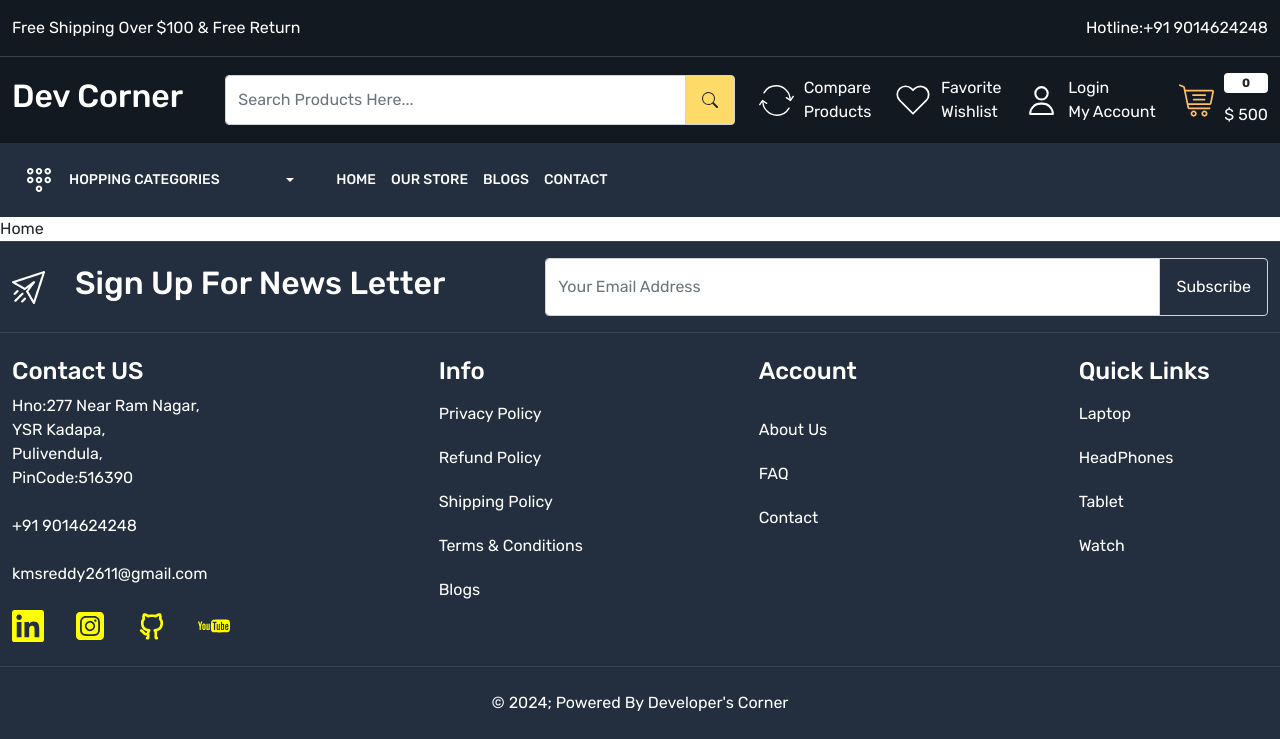
Repository: maniheist/ecommerce-app
Page: /
An editor plug-in stored every save of this project. The page is shown before and after the next save, followed by the edit.
The browser window is 1280 px wide. The pictures show the whole page.
The project was rebuilt for these pictures with package versions that can differ from the ones it lists, and the page was loaded fresh each time. Also part of the build but not shown: src/pages/About.js, src/pages/Contact.js.

Above is the page before, as saved 2024-02-18 17:02:13.

### public/index.html
<!DOCTYPE html>
<html lang="en">
  <head>
    <meta charset="utf-8" />
    <link rel="icon" href="%PUBLIC_URL%/favicon.ico" />
    <meta name="viewport" content="width=device-width, initial-scale=1" />
    <meta name="theme-color" content="#000000" />
    <meta
      name="description"
      content="Web site created using create-react-app"
    />
    <link rel="apple-touch-icon" href="%PUBLIC_URL%/logo192.png" />

    <link rel="preconnect" href="https://fonts.googleapis.com" />
    <link rel="preconnect" href="https://fonts.gstatic.com" crossorigin />
    <link
      href="https://fonts.googleapis.com/css2?family=Rubik:ital,wght@0,300..900;1,300..900&display=swap"
      rel="stylesheet"
    />
    <link
      href="https://cdn.jsdelivr.net/npm/bootstrap@5.0.2/dist/css/bootstrap.min.css"
      rel="stylesheet"
      integrity="sha384-EVSTQN3/azprG1Anm3QDgpJLIm9Nao0Yz1ztcQTwFspd3yD65VohhpuuCOmLASjC"
      crossorigin="anonymous"
    />
    <link rel="manifest" href="%PUBLIC_URL%/manifest.json" />

    <title>React Redux App</title>
  </head>
  <body>
    <noscript>You need to enable JavaScript to run this app.</noscript>
    <div id="root"></div>
    <script
      src="https://cdn.jsdelivr.net/npm/bootstrap@5.0.2/dist/js/bootstrap.bundle.min.js"
      integrity="sha384-MrcW6ZMFYlzcLA8Nl+NtUVF0sA7MsXsP1UyJoMp4YLEuNSfAP+JcXn/tWtIaxVXM"
      crossorigin="anonymous"
    ></script>
  </body>
</html>

### src/index.js
import React from 'react';
import { createRoot } from 'react-dom/client';

import App from './App';

const container = document.getElementById('root');
const root = createRoot(container);

root.render(

      <App />

);

### src/App.js
import React from 'react';
import './App.css';
import {BrowserRouter,Routes,Route} from "react-router-dom";
import Layout from "./components/Layout";
import Home from "./pages/Home"
import About from "./pages/About"
import Contact from "./pages/Contact"

function App() {
  return (
    <>
      <BrowserRouter>
        <Routes>
        <Route path="/" element={<Layout />}>
<Route index element={<Home />} />
<Route path="about" element={<About />}/>
<Route path="contact" element={<Contact />}/>


        </Route>

        </Routes>
      </BrowserRouter>
    </>

  );
}

export default App;

### src/App.css
*{
  margin:0;
  padding:0;
  box-sizing:border-box;
}
:root{
  --color-131921:#131921;
  --color-3b4149:#3b4149;
--color-febd69:#fedb69;
--color-232f3e:#232f3e;

}
body {
  font-family:"Rubik", sans-serif;
}
a {
  text-decoration:none;
  display:inline-block;
}

.form-control:focus{
  box-shadow:none;
  border-color: inherit;
}

/*header part*/
.header-top-strip{
  border-bottom: 1px solid var(--color-3b4149);
  background-color:var(--color-131921) ;
}

.header-upper{
  background-color: var(--color-131921);
}

.header-bottom{
  background-color: var(--color-232f3e);
}

.header-upper .input-group-text{
  background-color: var(--color-febd69);
}

.header-upper.header-upper-links img{
  width:35px;
  height: 35px;
}

.gap-10{
  gap: 10px;
}

.gap-15{
  gap: 15px;
}

.gap-30{
  gap: 30px;
}
.header-bottom .menu-links a,
.header-bottom .dropdown button
{
  color: white;
  font-size: 14px;
  line-height: 18px;
  font-weight: 480;
  letter-spacing:0.3;
  text-transform: uppercase;
}

.header-bottom .dropdown button:focus{
  box-shadow: none;
}

.header-bottom .dropdown-menu{
  background-color: var(--color-131921);
  width:100%;
  transform: translate3d(0px,57px,0px) !important;
}

.header-bottom .dropdown-item{
  padding:20px;
  margin-bottom: 3px;
  border-bottom: 1px solid var(--color-3b4149)
  ;

}
.header-bottom .dropdown-item:hover{
  background-color: transparent;
  color: var(--color-febd69) !important;
}
/*header part end */


/*footer part  */

footer{
  background-color: var(--color-232f3e);
}



footer:not(:first-child){
  border-top:1px solid rgba(255,255,255,0.1);

}

footer .input-group-text{
  background-color: var(--color-232f3e);
  color:white;
  padding:8px 17px;
}
/* footer part end */

### src/components/Layout.js
import React from 'react'
import {Outlet} from "react-router-dom";
import Header from "./Header";
import Footer from "./Footer";
const Layout = () => {
  return (
    <>
            <Header />
            <Outlet />
            <Footer />

    </>
  )
}

export default Layout

### src/components/Header.js
import React from 'react'
import {NavLink,Link} from "react-router-dom"
import {BsSearch} from "react-icons/bs"
const Header = () => {
  return <>
  <header className='header-top-strip py-3'>
    <div className='container-xxl'>
      <div className='row'>
        <div className='col-6'>
          <p className='text-white mb-0'>Free Shipping Over $100 & Free Return</p>
        </div>
        <div className='col-6'>
          <p className='text-end text-white mb-0'>
            Hotline:
            <a className='text-white' href='tel:+9014624248'>+91 9014624248</a>
          </p>
        </div>
      </div>
    </div>
  </header>
  <header className='header-upper py-3'>
    <div className='container-xxl'>
      <div className='row align-items-center'>
        <div className='col-2'>
          <h2><Link className='text-white'>
            Dev Corner
          </Link></h2>
        </div>
        <div className='col-5'>
          <div className="input-group">
  <input type="text" className="form-control py-2" placeholder="Search Products Here..." aria-label="Search Products Here..." aria-describedby="basic-addon2"/>
  <span className="input-group-text p-3" id="basic-addon2"><BsSearch className='fs-6' /></span>
</div>
        </div>
        <div className='col-5'>
          <div className='header-upper-links d-flex align-items-center justify-content-between'>
            <div>
              <Link className='d-flex align-items-center gap-10 text-white'>
              <img src="/images/compare.svg" alt='compare' />
                <p className='mb-0'>Compare <br /> Products</p>
              </Link>
            </div>
            <div>
              <Link className='d-flex align-items-center gap-10 text-white'>
              <img src="/images/wishlist.svg" alt='wishlist' />
                <p className='mb-0'>Favorite <br /> Wishlist</p>
              </Link>
            </div>
            <div>
              <Link className='d-flex align-items-center gap-10 text-white'>
              <img src="/images/user.svg" alt='user' />
                <p className='mb-0'>Login <br /> My Account</p>
              </Link>
            </div>
            <div>
              <Link className='d-flex align-items-center gap-10 text-white'>
            <img src="/images/cart.svg" alt='cart' />
                <div className='d-flex flex-column gap-10'>
                <span className='badge bg-white text-dark'>0</span>
                <p className='mb-0'>$ 500</p>

                </div>
              </Link>
            </div>
          </div>
        </div>
      </div>
    </div>
  </header>
<header className='header-bottom py-3'>
  <div className='container-xxl'>
    <div className='row'>
      <div className='col-12'>
        <div className='menu-bottom d-flex align-items-center gap-30'>
        <div>
          <div className="dropdown">
  <button className="btn btn-secondary dropdown-toggle bg-transparent border-0 gap-15 d-flex align-items-center" type="button" id="dropdownMenuButton1" data-bs-toggle="dropdown" aria-expanded="false">
    <img src="images/menu.svg" alt=""/><span className='me-5 d-inline-blocto'>hopping Categories</span>
  </button>
  <ul className="dropdown-menu" aria-labelledby="dropdownMenuButton1">
    <li><to className="dropdown-item text-white" to="">Pants</to></li>
    <li><to className="dropdown-item text-white" to="">Shirts</to></li>
    <li><to className="dropdown-item text-white" to="">Shorts</to></li>
  </ul>
</div>
        </div>
        <div className='menu-links'>
          <div className='d-flex align-items-center gap-15'>
            <NavLink className='text-white' to="/">Home</NavLink>
            <NavLink className='text-white' to="/">Our Store</NavLink>
            <NavLink className='text-white' to="/">Blogs</NavLink>
            <NavLink className='text-white' to="/contact">Contact</NavLink>
          </div>
        </div>

        </div>
      </div>
    </div>
  </div>
</header>


  </>
}

export default Header

### src/components/Footer.js

import React from 'react'
import { SiLinkedin } from "react-icons/si";
import { RiGithubLine } from "react-icons/ri";
import { ImYoutube2 } from "react-icons/im";
import { FaSquareInstagram } from "react-icons/fa6";
import {Link} from 'react-router-dom';
const Footer = () => {
  return <>
    <footer className='py-3'>
        <div className='container-xxl'>
            <div className='row align-items-center'>
                <div className='col-5'>
                    <div className='footer-top-data d-flex gap-30 align-items-center'>
                        <img src="images/newsletter.png" alt="newsletter" />
                        <h2 className='text-white'>Sign Up For News Letter</h2>
                    </div>
                </div>
                <div className='col-7'>
                    <div className="input-group">
  <input type="text" className="form-control py-1" placeholder="Your Email Address" aria-label="Your Email Address..." aria-describedby="basic-addon2"/>
  <span className="input-group-text p-3" id="basic-addon2">Subscribe</span>
</div>
                </div>
            </div>
        </div>
    </footer>
    <footer className='py-4'>
        <div className='container-xxl'>
            <div className="row">
                <div className='col-4'>
                <h4 className="text-white">Contact US</h4>
                <div>
                    <address className='text-white fs-6'>Hno:277 Near Ram Nagar,
                    <br />YSR Kadapa, <br />Pulivendula,<br />PinCode:516390</address>

                    <a href='tel:+91 9014624248' className='mt-4 d-block mb-1 text-white'>+91 9014624248</a>
                    <a href='mailto:kmsreddy2611@gmail.com' className='mt-4 d-block mb-0 text-white'>kmsreddy2611@gmail.com</a>
                    <div className='social_icons d-flex align-items-center gap-30 mt-4'>
                    <a className="text-white" href=''>
                    <SiLinkedin className='fs-2' color="yellow"/>
                    </a>
                    <a className="text-white" href=''>
                    <FaSquareInstagram className='fs-2' color='yellow'/>
                    </a>

                    <a className="text-white" href=''>
                    <RiGithubLine className='fs-2' color='yellow'/>

                    </a>
                    <a className="text-white" href=''>
                    <ImYoutube2  className='fs-2' color="yellow"/>
                    </a>

                    </div>

                </div>
                </div>
                <div className='col-3'>
                <h4 className="text-white md-4">Info</h4>
                <div className='footer-links d-flex flex-column'>
                    <Link className="text-white py-2 mb-1">Privacy Policy</Link>
                    <Link className="text-white py-2 mb-1">Refund Policy</Link>
                    <Link className="text-white py-2 mb-1">Shipping Policy</Link>
                    <Link className="text-white py-2 mb-1">Terms & Conditions</Link>
                    <Link className="text-white py-2 mb-1">Blogs</Link>
                </div>
                </div>
                <div className='col-3'>
                <h4 className="text-white mb-4">Account</h4>
                <div className='footer-links d-flex flex-column'>
                    <Link className="text-white py-2 mb-1">About Us</Link>
                    <Link className="text-white py-2 mb-1">FAQ</Link>
                    <Link className="text-white py-2 mb-1">Contact</Link>
                </div>
                </div>
                <div className='col-2'>
                <h4 className="text-white">Quick Links</h4>
                <div className='footer-links d-flex flex-column'>
                    <Link className="text-white py-2 mb-1">Laptop</Link>
                    <Link className="text-white py-2 mb-1">HeadPhones</Link>
                    <Link className="text-white py-2 mb-1">Tablet</Link>
                    <Link className="text-white py-2 mb-1">Watch</Link>
                </div>
                </div>
            </div>
        </div>
    </footer>
    <footer className='py-4'>
        <div className='container-xxl'>
            <div className='row'>
                <div className='col-12'>
                <p className='text-center mb-0 text-white'>&copy; { new Date().getFullYear()}; Powered By Developer's Corner</p>

                </div>
            </div>
        </div>
    </footer>
  </>


}

export default Footer

Loaded but not shown: src/pages/Home.js (common file)

After the next save:
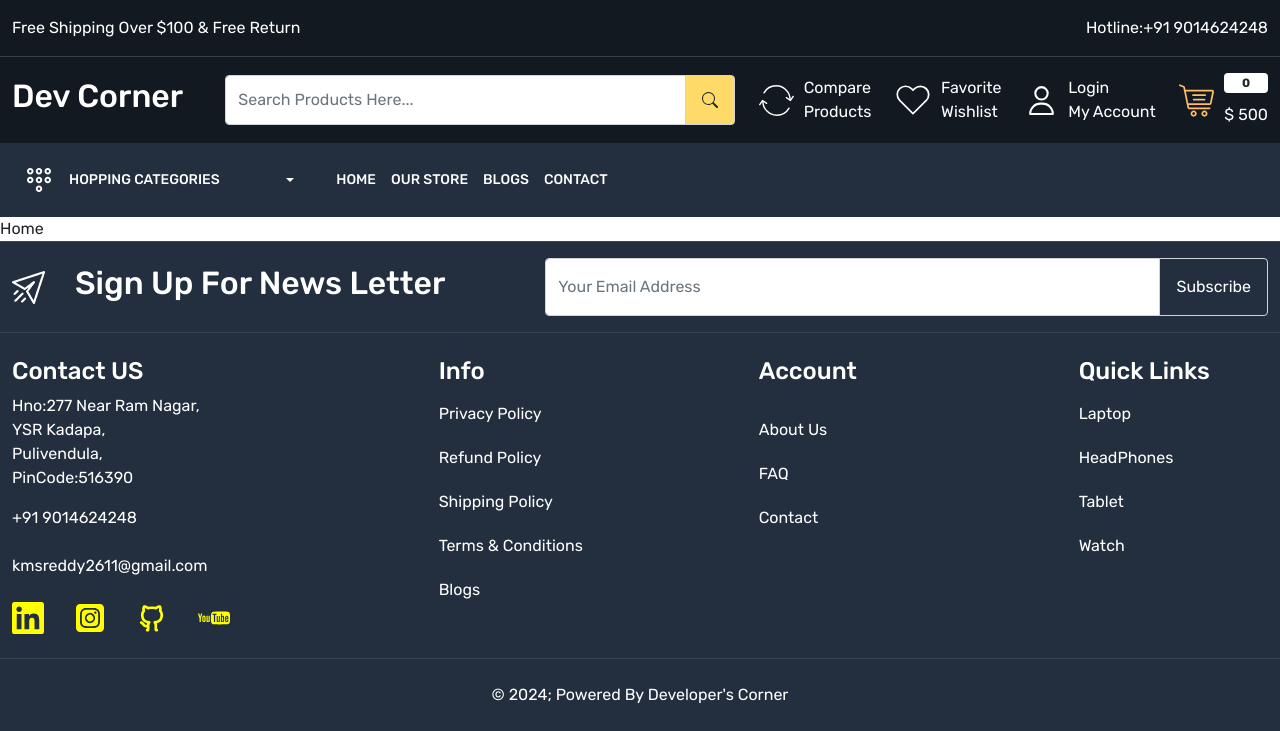
Saved 23 s later.
--- a/src/components/Footer.js
+++ b/src/components/Footer.js
@@ -34,7 +34,7 @@
                     <address className='text-white fs-6'>Hno:277 Near Ram Nagar,
                     <br />YSR Kadapa, <br />Pulivendula,<br />PinCode:516390</address>
 
-                    <a href='tel:+91 9014624248' className='mt-4 d-block mb-1 text-white'>+91 9014624248</a>
+                    <a href='tel:+91 9014624248' className='mt-3 d-block mb-1 text-white'>+91 9014624248</a>
                     <a href='mailto:kmsreddy2611@gmail.com' className='mt-4 d-block mb-0 text-white'>kmsreddy2611@gmail.com</a>
                     <div className='social_icons d-flex align-items-center gap-30 mt-4'>
                     <a className="text-white" href=''>
